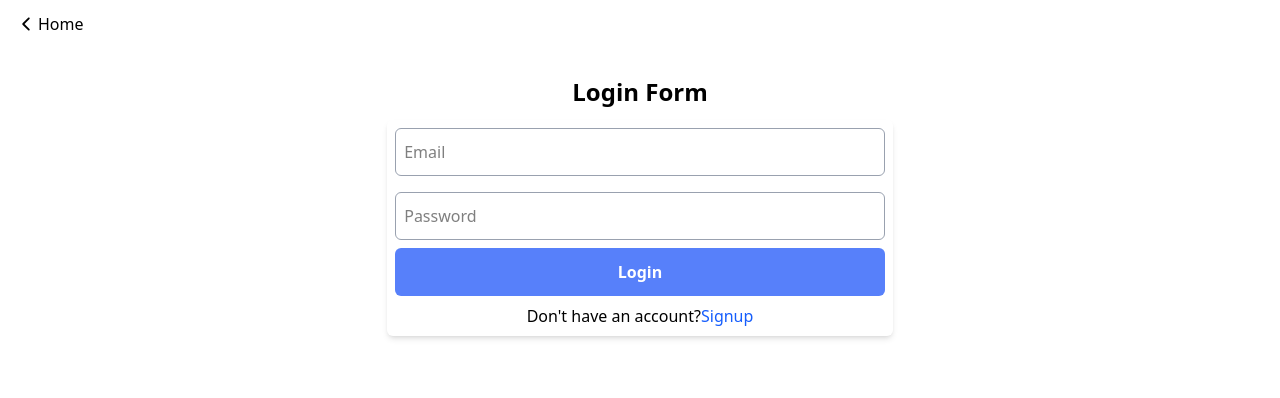
Repository: GAURAV-KUMAR22/restro-food-order-app
Page: /admin (app in qr-app/)
These files come from the project's save history. The page is drawn as it stood at one moment and after a run of saves; the edit follows.
The browser window is 1280 px wide. The pictures show the whole page.
The page's requests for data from a server got no answer. The project was rebuilt for these pictures with package versions that can differ from the ones it lists, and the page was loaded fresh each time. No one was signed in, and anything a server would have sent is missing. Also part of the build but not shown: qr-app/vite.config.js, qr-app/src/components/CardItem.jsx, qr-app/src/Services/PublicAxios.js, qr-app/src/components/CardDetails.jsx, qr-app/src/components/Client/CategoryCard.jsx, qr-app/src/Services/Socket.js, qr-app/src/components/Client/OrderStatusCard.jsx, qr-app/src/components/Client/SearchInput.jsx and 35 more.

Above is the page before, as saved 2025-06-11 16:40:48.

### qr-app/index.html
<!DOCTYPE html>
<html lang="en">
  <head>
    <meta charset="UTF-8" />
    <link rel="icon" type="image/svg+xml" href="/vite.svg" />
    <meta name="viewport" content="width=device-width, initial-scale=1.0" />
    <title>Vite + React</title>
    <style>
      @import url("https://fonts.googleapis.com/css2?family=Inter:ital,opsz,wght@0,14..32,100..900;1,14..32,100..900&display=swap");
    </style>
  </head>
  <body>
    <div id="root"></div>
    <script type="module" src="/src/main.jsx"></script>
  </body>
</html>

### qr-app/src/main.jsx
import React, { StrictMode } from "react";
import { createRoot } from "react-dom/client";
import "./index.css";
import App from "./App.jsx";
import { BrowserRouter } from "react-router-dom";
import { Provider } from "react-redux";
import store from "./Store/store.js";
import { AuthProvider } from "../Context/AuthProvider";

createRoot(document.getElementById("root")).render(
  // <StrictMode>
  <BrowserRouter>
    <Provider store={store}>
      <AuthProvider>
        <App />
      </AuthProvider>
    </Provider>
  </BrowserRouter>
  // </StrictMode>,
);

### qr-app/src/index.css
@import "tailwindcss";
.coverimg {
  background: url('/public/assets.image1.png');
}

### qr-app/src/App.jsx
import React, { useEffect } from "react";
import ScrollToTop from "./components/ScrollToTop";
import QrCode from "react-qr-code";
import { Suspense, lazy } from "react";
import { Route, Routes } from "react-router-dom";
import "./App.css";
import { ProtectedRoutes } from "./Services/ProtectedRoutes";
import { Home } from "./Pages/Clients/Home";
import { CartPage } from "./Pages/Clients/CartPage";
import { Category as FoodCategory } from "./Pages/Clients/Category";
import { PaymentsMethod } from "./Pages/Clients/PaymentsMethod";
import { DashBoardPage } from "./Pages/Admin/DashBoardPage";
import { NewProduct } from "./Pages/Admin/NewProduct";
import { NewCategory } from "./Pages/Admin/NewCategory";
import { Category } from "./Pages/Admin/Category";
import { OrderSuccess } from "./Pages/Clients/Order-Success";
import { Signup } from "./Pages/Auth/Signup";
import { Login } from "./Pages/Auth/Login";
import { UserInfo } from "./Pages/Clients/UserInfo";
import { PaymentPage } from "./Pages/Clients/PaymentPage";
import { OrderUpdate } from "./Pages/Admin/OrderUpdate";
import { TotalSale } from "./Pages/Admin/TotalSale";
import { GraphicalPage } from "./Pages/Admin/GraphicalPage";
import { ProductsDetails } from "./Pages/Clients/ProductsDetails";
import { CategoryView } from "./Pages/Admin/CategoryView";
import { TodayOrderStat } from "./Pages/Admin/TodayOrderStat";
import { io } from "socket.io-client";
import { useAuth } from "../Context/AuthProvider";

import { Toaster } from "react-hot-toast";
import { ShopDetails } from "./Pages/ShopDetails";
import { SuperAdminSignup } from "./Pages/Auth/SuperAdminSignup";
import { DashBoard } from "./Pages/SuperAdmin/DashBoard";
import { SuperAdminLogin } from "./Pages/Auth/SuperAdminLogin";
import { AllAdmin } from "./Pages/SuperAdmin/AllAdmin";
import { PendingAdmins } from "./Pages/SuperAdmin/PendingAdmins";

const backendUrl =
  import.meta.env.VITE_MODE === "Production"
    ? import.meta.env.VITE_BACKEND_PROD
    : import.meta.env.VITE_BACKEND_DEV;

const socket = io(backendUrl);
function App() {
  const { isAuthenticated } = useAuth();

  useEffect(() => {
    const handleConnect = () => {};

    const handleDisconnect = () => {};

    socket.on("connect", handleConnect);
    socket.on("disconnect", handleDisconnect);

    return () => {
      socket.off("connect", handleConnect);
      socket.off("disconnect", handleDisconnect);
    };
  }, []);

  return (
    <div className="box-border">
      <QrCode
        value="https://food-order-app-1-jddi.onrender.com/"
        className="hidden"
      />
      <ScrollToTop />

      <Suspense
        fallback={
          <div className="m duration-400 x-auto my-auto w-[98%] animate-pulse">
            <div>
              <div className="mb-4 h-[250px] rounded-lg bg-gray-400"></div>
            </div>
            <div className="mb-4 h-[30px] w-full rounded bg-gray-400"></div>
            <div className="mb-8 flex gap-4">
              {[...Array(5)].map((_, i) => (
                <div
                  key={i}
                  className="h-[180px] w-[170px] rounded-2xl bg-gray-400"
                ></div>
              ))}
            </div>
            <div className="mb-4 flex gap-4">
              {[...Array(5)].map((_, i) => (
                <div
                  key={i}
                  className="h-[180px] w-[170px] rounded-2xl bg-gray-400"
                ></div>
              ))}
            </div>
            <div className="mb-4 h-[35px] w-full rounded bg-gray-400"></div>
            <div className="mb-4 h-[35px] w-full rounded bg-gray-400"></div>
          </div>
        }
      >
        <Routes className="min-w-[375px] h-auto">
          {/* SuperAdmin */}

          <Route path="/signup/superadmin" element={<SuperAdminSignup />} />
          <Route path="/login/superadmin" element={<SuperAdminLogin />} />
          <Route path="/superAdmin" element={<DashBoard />} />
          <Route path="/superAdmin/admin-list" element={<AllAdmin />} />
          <Route path="/superAdmin/pending-admin" element={<PendingAdmins />} />

          {/* Client */}
          <Route index element={<ShopDetails />} />
          <Route path="/login" element={<Login />} />
          <Route path="/signup" element={<Signup />} />
          {/* Default for /shop/:shop */}
          <Route path="/shop/:shopId">
            <Route index element={<Home />} /> {/* Default for /shop/:shop */}
            <Route path="user-info" element={<UserInfo />} />
            <Route path="product/:id" element={<ProductsDetails />} />
            <Route path="cart" element={<CartPage />} />
            <Route path="cart-bill" element={<PaymentsMethod />} />
            <Route path=":category" element={<FoodCategory />} />
            <Route path="payment" element={<PaymentPage />} />
            <Route path="order-success" element={<OrderSuccess />} />
          </Route>
          {/* Admin Protected Routes */}
          <Route path="/" element={<ProtectedRoutes />} className="box-border">
            <Route index path="/admin" element={<DashBoardPage />} />
            <Route path="/admin/createProduct" element={<NewProduct />} />
            <Route path="/admin/Category" element={<Category />} />
            <Route path="/admin/newCategory" element={<NewCategory />} />
            <Route path="/admin/:category" element={<CategoryView />} />
            <Route path="/admin/pending-orders" element={<OrderUpdate />} />
            <Route path="/admin/totelsale" element={<TotalSale />} />
            <Route path="/admin/data-visualize" element={<GraphicalPage />} />
            <Route path="/admin/today-orders" element={<TodayOrderStat />} />
          </Route>
        </Routes>
      </Suspense>
      <Toaster />
    </div>
  );
}

export default App;

### qr-app/src/Store/store.js
import { configureStore } from "@reduxjs/toolkit";
import cartSlice from "../Redux/Cart/index.js";
import authReducers from "../Redux/Fetures/authSlice.js";
const store = configureStore({
  reducer: {
    cart: cartSlice,
    auth: authReducers,
  },
});
export default store;

### qr-app/Context/AuthProvider.jsx
import React, { createContext, useContext, useEffect, useState } from "react";
import PrivateAxios from "../src/Services/PrivateAxios.js";
import { LoaderCircle } from "lucide-react";
import { useSelector } from "react-redux";

const AuthContext = createContext();

export const AuthProvider = ({ children }) => {
  const [isAuthenticated, setAuthenticated] = useState(false);
  const [loading, setLoading] = useState(true);
  const token = useSelector((state) => state.auth.token);

  if (token) {
    return setAuthenticated(true);
  }
  useEffect(() => {
    const checkAuth = async () => {
      try {
        setLoading(true);
        const res = await PrivateAxios.get("/auth/check");
        if (res.status === 200) {
          setAuthenticated(res.data.authenticated);
        }
        setLoading(false);
      } catch {
        setAuthenticated(false);
      } finally {
        setLoading(false);
      }
    };

    checkAuth();
  }, []);

  if (loading)
    return (
      <div className="flex justify-center items-center">
        <LoaderCircle size={45} />
      </div>
    );

  return (
    <AuthContext.Provider value={{ isAuthenticated, setAuthenticated }}>
      {children}
    </AuthContext.Provider>
  );
};

export const useAuth = () => useContext(AuthContext);

### qr-app/src/components/ScrollToTop.jsx
// ScrollToTop.jsx
import { useEffect } from "react";
import { useLocation } from "react-router-dom";

const ScrollToTop = () => {
    const { pathname } = useLocation();

    useEffect(() => {
        // Scrolls to top whenever pathname changes
        window.scrollTo(0, 0);
    }, [pathname]);

    return null;
};

export default ScrollToTop;

### qr-app/src/Services/ProtectedRoutes.jsx
import React from "react";
import { Navigate, Outlet } from "react-router-dom";
import { useAuth } from "../../Context/AuthProvider";
import { Loader } from "lucide-react";

export const ProtectedRoutes = () => {
  const { isAuthenticated } = useAuth();

  if (isAuthenticated === false) return <Navigate to="/login" />;
  if (isAuthenticated === null)
    return (
      <p className="flex justify-center items-center">
        <Loader size={45} />
      </p>
    );

  return <Outlet />;
};

### qr-app/src/Pages/Auth/Login.jsx
import React, { useState } from "react";
import { Link, useNavigate } from "react-router-dom";
import PrivateAxios from "../../Services/PrivateAxios";
import { ReverseButton } from "../../components/Client/ReverseButton";
import { useAuth } from "../../../Context/AuthProvider";
import toast from "react-hot-toast";
import { useDispatch } from "react-redux";
import { loginSuccess } from "../../Redux/Fetures/authSlice";

export const Login = () => {
  const { setAuthenticated } = useAuth();
  const naviagate = useNavigate();
  const [form, setForm] = useState({
    email: "",
    password: "",
  });

  const dispatch = useDispatch();

  const [error, setErrors] = useState({});

  const validate = () => {
    const formError = {};

    const emailRegex = /^[a-zA-Z0-9._%+-]+@[a-zA-Z0-9-]+(?:\.[a-zA-Z]{2,})+$/;

    if (!emailRegex.test(form.email)) {
      formError.email = "Email is required and must me correct";
    }
    const passwordRezax =
      /(?=.*[A-Z])(?=.*[a-z])(?=.*\d)(?=.*[@*$%&+=!]).{8,}$/;

    if (!passwordRezax.test(form.password)) {
      formError.password =
        "Password must be Atleat one Uppercase later and one lowerCase and one symbol";
    }
    setErrors(formError);

    return Object.keys(formError).length === 0;
  };

  async function handleForm(e) {
    e.preventDefault();
    if (validate()) {
      const resoponce = await PrivateAxios.post("/auth/login", form);
      if (resoponce.status !== 200) {
        throw new Error({ message: "Respocne Failed" });
      }

      if (resoponce.data.content.isApproved === false) {
        return toast.error("You are not approved for this Service");
      }
      dispatch(loginSuccess({ token: resoponce.data.token }));
      setAuthenticated(true);
      naviagate("/admin");
    }
  }

  function handleInput(e) {
    e.preventDefault();
    const { name, value } = e.target;
    setForm({ ...form, [name]: value });
  }
  return (
    <div className="min-w-[375px] ml-2 mr-2 h-full overflow-x-hidden items-center relative">
      <div className="mt-3">
        <ReverseButton
          route={"/"}
          routeName={"Home"}
          css={"flex justify-start"}
        />
      </div>
      <div className="mt-10 flex flex-col items-center">
        <h2 className="flex justify-center text-2xl font-semibold">
          Login Form
        </h2>
        <form
          onSubmit={handleForm}
          className="w-full sm:w-full md:w-[50%] lg:w-[40%] m-3 shadow-md rounded-md flex flex-col justify-center"
        >
          <div className="flex flex-col">
            <input
              type="email"
              name="email"
              placeholder="Email"
              className="m-2 border border-gray-400 pl-2 h-12 rounded-md "
              onChange={handleInput}
            />
            {error.email && <p className="text-red-800">{error.email}</p>}
          </div>
          <div className="flex flex-col">
            <input
              type="password"
              name="password"
              placeholder="Password"
              required
              className="m-2 border border-gray-400 pl-2 h-12 rounded-md "
              onChange={handleInput}
            />
            {error.password && (
              <p className="text-red-800 text-center">{error.password}</p>
            )}
          </div>
          <div className="ml-2 mr-2">
            <button
              type="submit"
              className="w-full bg-[#5780FA]  text-white font-semibold h-12 rounded-md hover:bg-blue-600 transition duration-300"
            >
              Login
            </button>
          </div>

          <p className="m-2 flex justify-center">
            {" "}
            Don't have an account?{" "}
            <Link to={"/signup"} className="text-blue-600">
              Signup
            </Link>{" "}
          </p>
        </form>
      </div>
    </div>
  );
};

### qr-app/src/Redux/Cart/index.js
import { createSlice } from "@reduxjs/toolkit";

// Helper to load cart from localStorage
const getInitialCart = () => {
  const storedCart = localStorage.getItem("cart");
  return storedCart ? JSON.parse(storedCart) : [];
};

export const cartSlice = createSlice({
  name: "cart",
  initialState: {
    cartItems: getInitialCart(), // Load initial cart state from localStorage
  },
  reducers: {
    addToCart: (state, action) => {
      const product = action.payload;
      const existingItem = state.cartItems.find(
        (item) => item._id === product._id
      );

      if (existingItem) {
        existingItem.quantity += 1;
      } else {
        state.cartItems.push({ ...product, quantity: 1 });
      }

      // Sync with localStorage
      localStorage.setItem("cart", JSON.stringify([...state.cartItems]));
    },

    incrementCart: (state, action) => {
      const item = state.cartItems.find((item) => item._id === action.payload);
      if (item) {
        item.quantity += 1;
        localStorage.setItem("cart", JSON.stringify([...state.cartItems]));
      }
    },

    removeFromCart: (state, action) => {
      const productId = action.payload;
      const existingItem = state.cartItems.find(
        (item) => item._id === productId
      );

      if (existingItem) {
        if (existingItem.quantity > 1) {
          existingItem.quantity -= 1;
        } else {
          state.cartItems = state.cartItems.filter(
            (item) => item._id !== productId
          );
        }
        localStorage.setItem("cart", JSON.stringify([...state.cartItems]));
      }
    },

    updateQuantity: (state, action) => {
      const { id, quantity } = action.payload;
      const itemIndex = state.cartItems.findIndex((item) => item._id === id);

      if (itemIndex !== -1) {
        if (quantity === 0) {
          state.cartItems.splice(itemIndex, 1); // Remove item
        } else {
          state.cartItems[itemIndex].quantity = quantity; // Update quantity
        }
      }

      localStorage.setItem("cart", JSON.stringify([...state.cartItems]));
    },

    clearCart: (state) => {
      state.cartItems = [];
      localStorage.removeItem("cart");
    },

    loadCartFromLocalStorage: (state) => {
      const storedCart = localStorage.getItem("cart");
      if (storedCart) {
        state.cartItems = JSON.parse(storedCart);
      }
    },

    syncCartFromLocalStorage: (state) => {
      const cart = localStorage.getItem("cart");
      state.cartItems = cart ? JSON.parse(cart) : [];
    },
  },
});

export const {
  addToCart,
  removeFromCart,
  incrementCart,
  loadCartFromLocalStorage,
  clearCart,
  syncCartFromLocalStorage,
  updateQuantity,
} = cartSlice.actions;

export default cartSlice.reducer;

### qr-app/src/Redux/Fetures/authSlice.js
import { createSlice } from "@reduxjs/toolkit";

const initialState = {
  token: null,
  user: null,
};

const authSlice = createSlice({
  name: "autt",
  initialState,
  reducers: {
    loginSuccess: (state, action) => {
      state.token = action.payload.token;
      state.user = action.payload.user;
    },

    logout: (state) => {
      state.token = null;
      state.user = null;
    },
  },
});

export const { loginSuccess, logout } = authSlice.actions;
export default authSlice.reducer;

### qr-app/src/Services/PrivateAxios.js
import axios from "axios";

const PrivateAxios = axios.create({
  baseURL: `${
    import.meta.env.VITE_MODE === "Production"
      ? import.meta.env.VITE_BACKEND_PROD
      : import.meta.env.VITE_BACKEND_DEV
  }/api/v1`,
  headers: {
    "Content-Type": "application/json",
  },
  withCredentials: true, // ✅ Required for sending cookies with requests
});

PrivateAxios.interceptors.request.use(
  (response) => response,
  (error) => {
    if (error.response?.status === 401) {
      console.warn("Unauthorized. Possibly invalid or expired session.");
      // Optional: redirect to login or clear local app state
      // window.location.href = "/login";
    }
    return Promise.reject(error);
  }
);

export default PrivateAxios;

### qr-app/src/Pages/Clients/Home.css
* {
  box-sizing: border-box;
}

.hide-scrollbar::-webkit-scrollbar {
  display: none;
}
.hide-scrollbar {
  -ms-overflow-style: none; /* IE and Edge */
  scrollbar-width: none; /* Firefox */
}

.search-container {
  margin: 16px;
  position: static;
  width: 343;
  height: 78;
  top: 224px;
  left: 16px;
  gap: 12px;
}

.search-container p {
  text-align: center;
}

.search-input {
  width: 343px;
  height: 40px;
  gap: 4px;
  border-radius: 8px;
  padding-top: 10px;
  padding-right: 16px;
  padding-bottom: 10px;
  padding-left: 16px;
  border-width: 1px;
  text-align: center;
  border: 1px solid #cdd6de;
}

.food-items {
  display: flex;
  margin: 10px 0 10px 10px;
  overflow-x: scroll;
  gap: 10px;
}

.item-card {
  width: 62px;
  height: 82px;
  gap: 2px;
  text-align: center;
}

.item-card p {
  width: 62;
  height: 18;
  font-family: Inter;
  font-weight: 500;
  font-size: 11px;
  line-height: 17.6px;
  letter-spacing: -0.4%;
  text-align: center;
  padding-left: 2px;
}

.best-seller-item {
  margin: 10px;
}

.detail-card {
  min-width: 140px;
  max-height: 140px;
  gap: 4px;
  border-radius: 16px;
  padding: 8px;
  margin-bottom: 10px;
  background: #ffffff;
  overflow-x: scroll;
  margin: 5px;
}

.detail-card img {
  /* width: 90; */
  height: 65;
  justify-content: center;
  align-items: center;
  display: flex;
  text-align: center;
}

.detail-card-head {
  display: flex;
  gap: 80px;
  margin-top: 10px;
  justify-content: space-between;
}

.cardList {
  display: flex;
  gap: 4px;
}

.detail-card h3 p {
  width: 108px;
  height: 23px;
  font-family: Inter;
  font-weight: 500;
  font-size: 14px;
  line-height: 22.4px;
  letter-spacing: -1%;
  background: #000000;
}

.burger-item-list {
  width: 344px;
  height: 169px;
  justify-content: space-between;
  display: flex;
  flex-wrap: wrap;
}

.detail-card button {
  width: 132px;
  height: 32px;
  gap: 10px;
  border-radius: 8px;
  padding-top: 4px;
  padding-right: 8px;
  padding-left: 8px;
  border-width: 1px;
  background: #f9d718;
  border: 1px solid #f9d718;
}

.detail-card-specil {
  width: 159px;
  height: 169px;
  padding-inline: 10px;
  border-radius: 16px;
  background: #ffffff;
  box-shadow: 0px 10px 20px 0px #adb3561a;
}

/* Burger Page */

.item-cards {
  display: flex;
  width: 375;
  height: 58;
  top: 44px;
  gap: 10px;
  padding-right: 21px;
  padding-bottom: 16px;
  padding-left: 21px;
}

.item-card a {
  display: flex;
  gap: 2px;
}

.burger-item-list {
  display: grid;
  align-content: flex-start;
  flex-wrap: wrap;
  top: 110px;
  left: 16px;
}

/* Orders page */

.order-container {
  background: #ffffff;
}

.orderDetils {
  width: 100%;
  min-width: 344;
  height: 12;
  justify-content: space-between;
  border-radius: 16px;
  padding: 8px;
}

.order-detils-card {
  display: flex;
  width: 344;
  height: 120;
  justify-content: space-between;
  border-radius: 16px;
  margin: 5px;
  background: #ffffff;
  box-shadow: 5px 5px rgba(235, 235, 240, 0.8);
}

.left {
  margin: 10px;
  width: 150;
  height: 94;
  gap: 16px;
}

.left h4 {
  width: 120px;
  height: 26px;
  font-family: Inter;
  font-weight: 550;
  font-size: 20px;
  line-height: 25.6px;
  letter-spacing: -1%;
}

.right {
  width: 102px;
  height: 130px;
  gap: 8px;
  margin: 6px;
}

.right img {
  width: 85;
  height: 64;
  object-fit: fill;
}

/* .order-quantityBtn {
    width: 100px;
    height: 32;
    justify-content: space-between;
    border-radius: 8px;
    padding: 5px;
    border-width: 1px;
    display: flex;
    margin-inline: 10px;
    background-color: #F9D718;
    margin-inline: 10px;
    gap: 10px;

} */

/*
.order-quantityBtn p {
    display: flex;
    align-items: center;
    justify-content: center;
} */

/* .order-quantityBtn img {
    justify-content: center;
    align-items: center;
    width: 50px;
} */

.order-calc div {
  justify-content: space-between;
  margin: 16px;
  display: flex;
  width: 343;
  height: 128;
  top: 558px;
  left: 16px;
  gap: 16px;
}

.order-btn {
  /* position: unset;
    margin-left: 14px;
    display: flex;
    width: 99%;
    margin-right: 30px;
    height: 40px;
    top: 731px;
    left: 16px;
    gap: 10px; */
  margin: 0 auto;
  width: 90%;
  border-radius: 8px;
  border-width: 1px;
  padding-top: 4px;
  padding-right: 8px;
  padding-bottom: 4px;
  padding-left: 8px;
  background: #f9d718;
  border: 1px solid #ae9507;
  box-shadow: 0px 10px 20px 0px #0000001a;
}

.payment-method {
  width: 343;
  height: 560;
  top: 68px;
  left: 16px;
  gap: 8px;
}

.payment-method p {
  width: 149;
  height: 23;
  font-family: Inter;
  font-weight: 400;
  font-size: 14px;
  line-height: 22.4px;
  letter-spacing: 0%;
  text-align: center;
}

.amount {
  justify-content: center;
  align-items: center;
  text-align: center;
}

/* Table styling */
.styled-table {
  width: 100%;
  font-family: Arial, sans-serif;
  border: none;
  max-height: 250px;
  justify-content: first baseline;
  align-content: first baseline;
}

.styled-table thead tr {
  text-align: left;
  padding: 10px;
  border-bottom: 1px solid black;
}

.styled-table td {
  padding: 10px;
  text-align: start;
}

.styled-table tbody tr:nth-child(even) {
  background-color: #f2f2f2;
}

.styled-table tbody tr:hover {
  background-color: #ddd;
}

.styled-table td:first-child {
  text-align: left;
  font-weight: bold;
}

.icCard {
  margin: 0 auto;
  align-items: center;
  justify-content: center;
  display: flex;
}

.star-icon:hover {
  color: inherit !important;
  transform: none !important;
}

### qr-app/src/components/Client/ReverseButton.jsx
import React from "react";
import { IoIosArrowBack } from "react-icons/io";
import { Link } from "react-router-dom";

export const ReverseButton = ({ route, routeName, css }) => {
  return (
    <Link
      className={`flex ${css} gap-[4px] items-center justify-start  ml-2 mt-2`}
      to={`${route}`}
    >
      <span className="w-[18px] h-[20px]">
        <IoIosArrowBack size={20} />
      </span>
      <span className="text-base font-medium capitalize"> {routeName} </span>
    </Link>
  );
};

Loaded but not shown: qr-app/src/App.css (common file)

After the next 2 saves:
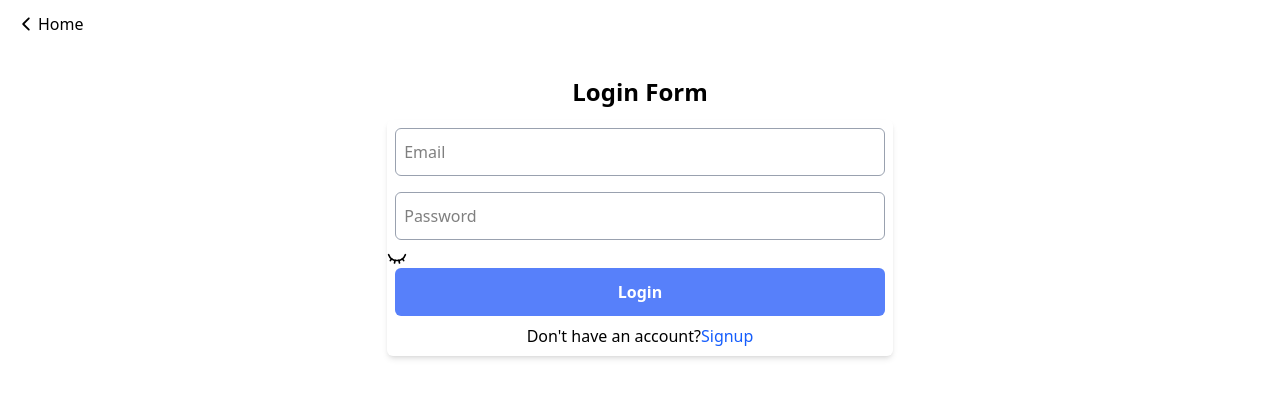
The 2 saves are shown as one change because 1 did not build or start.
The last was saved 81 s later.
--- a/qr-app/src/Pages/Auth/Login.jsx
+++ b/qr-app/src/Pages/Auth/Login.jsx
@@ -6,6 +6,7 @@ import { useAuth } from "../../../Context/AuthProvider";
 import toast from "react-hot-toast";
 import { useDispatch } from "react-redux";
 import { loginSuccess } from "../../Redux/Fetures/authSlice";
+import { EyeClosed } from "lucide-react";
 
 export const Login = () => {
   const { setAuthenticated } = useAuth();
@@ -97,6 +98,7 @@ export const Login = () => {
               className="m-2 border border-gray-400 pl-2 h-12 rounded-md "
               onChange={handleInput}
             />
+            <EyeClosed size={20} />
             {error.password && (
               <p className="text-red-800 text-center">{error.password}</p>
             )}
